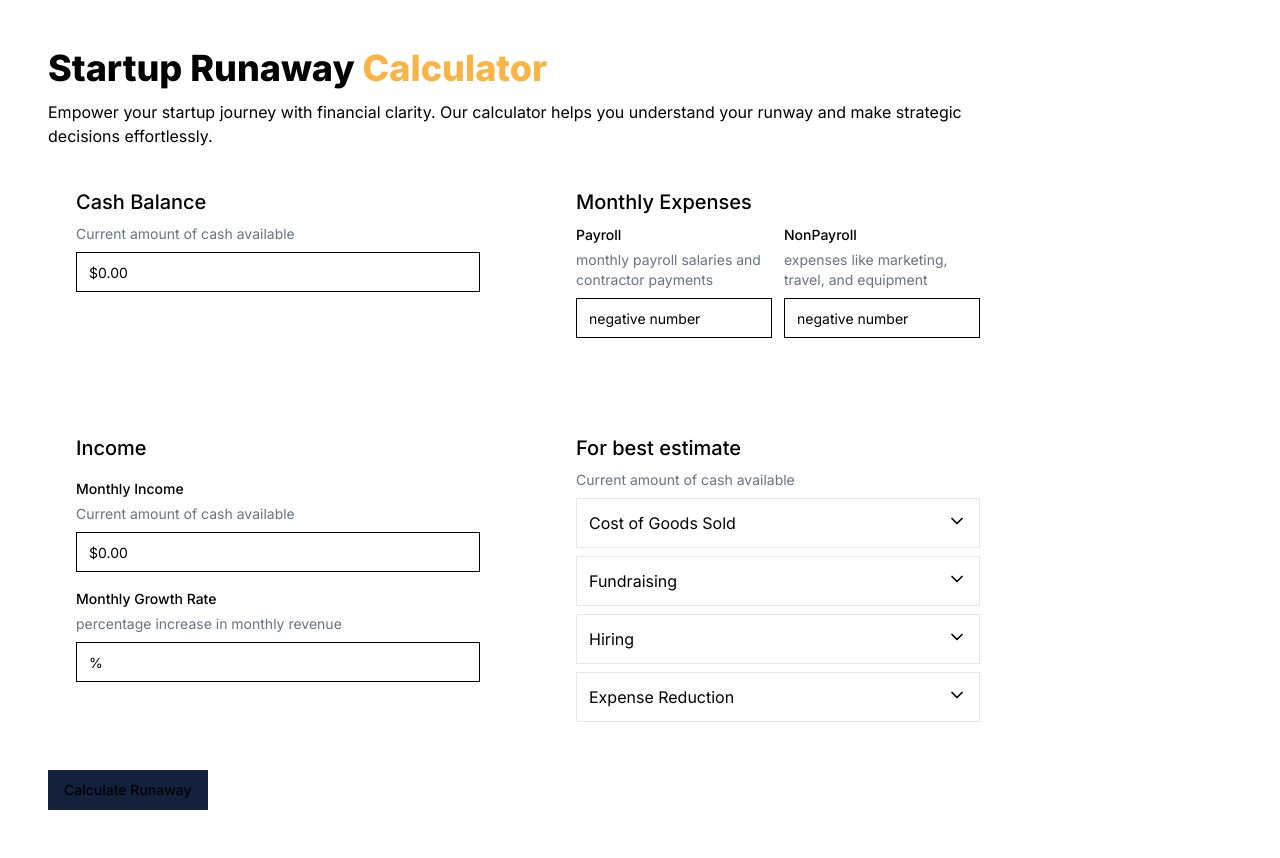
Repository: wossenF/startup-runaway-calculator
Page: /
These files come from the project's save history. The page is drawn as it stood at one moment and after the next save; the edit follows.
The browser window is 1280 px wide. The pictures show the whole page.
The project was rebuilt for these pictures with package versions that can differ from the ones it lists, and the page was loaded fresh each time. The framework's server and built-in components were replaced by stand-ins that run in the browser. Also part of the build but not shown: next.config.mjs, src/components/BarChart.tsx, src/components/Result.tsx.

Above is the page before, as saved 2024-04-10 11:16:17.

After the next save:
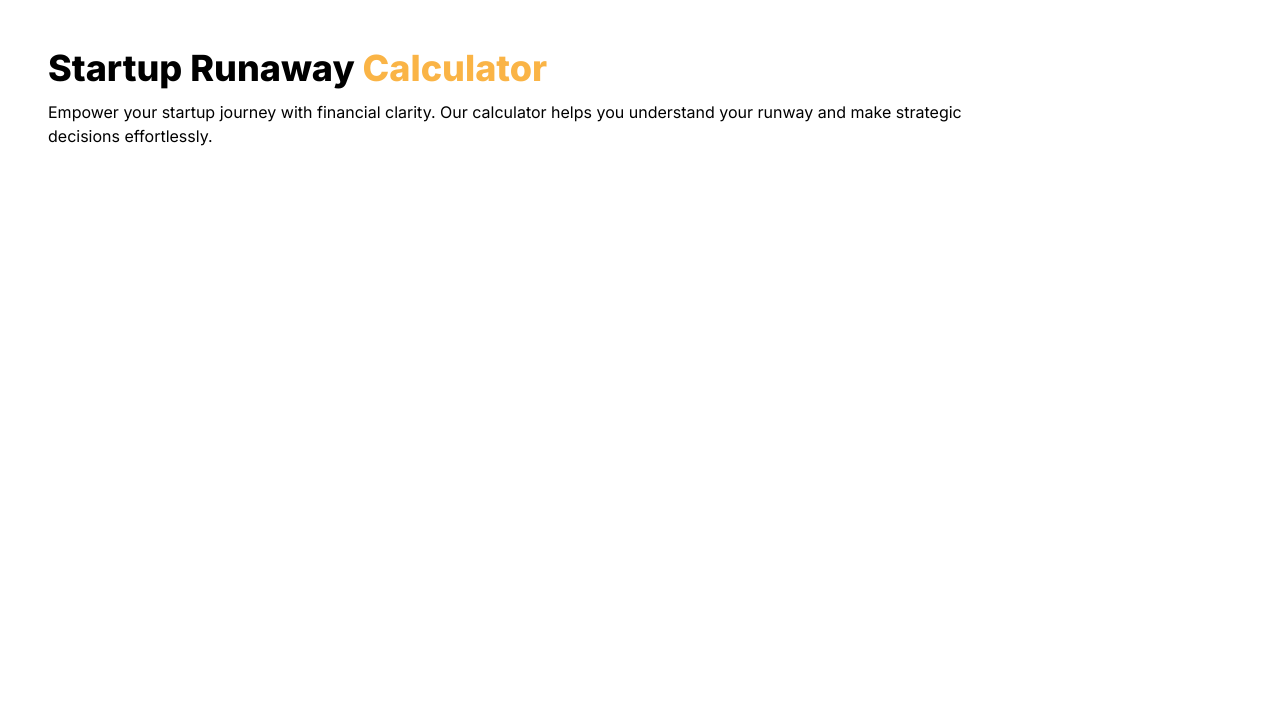
Saved 15 s later.
--- a/src/app/page.tsx
+++ b/src/app/page.tsx
@@ -16,8 +16,7 @@ export default function Home() {
     <main className=" w-3/4 m-12">
       <h1 className="font-extrabold text-4xl">Startup Runaway <span className="text-[#FAB446]">Calculator</span></h1>
       <p className="mx-auto max-w-screen-md lg:max-w-screen-lg xl:max-w-screen-xl p-3 pl-0">Empower your startup journey with financial clarity. Our calculator  helps you understand your runway and make strategic decisions  effortlessly.</p>
-      {isClicked ? <Result /> : <UserInput />}
-      <Button type="submit" onClick={handleOnclick}>{isClicked ? back : calculate}</Button>
+
     </main>
   );
 }
